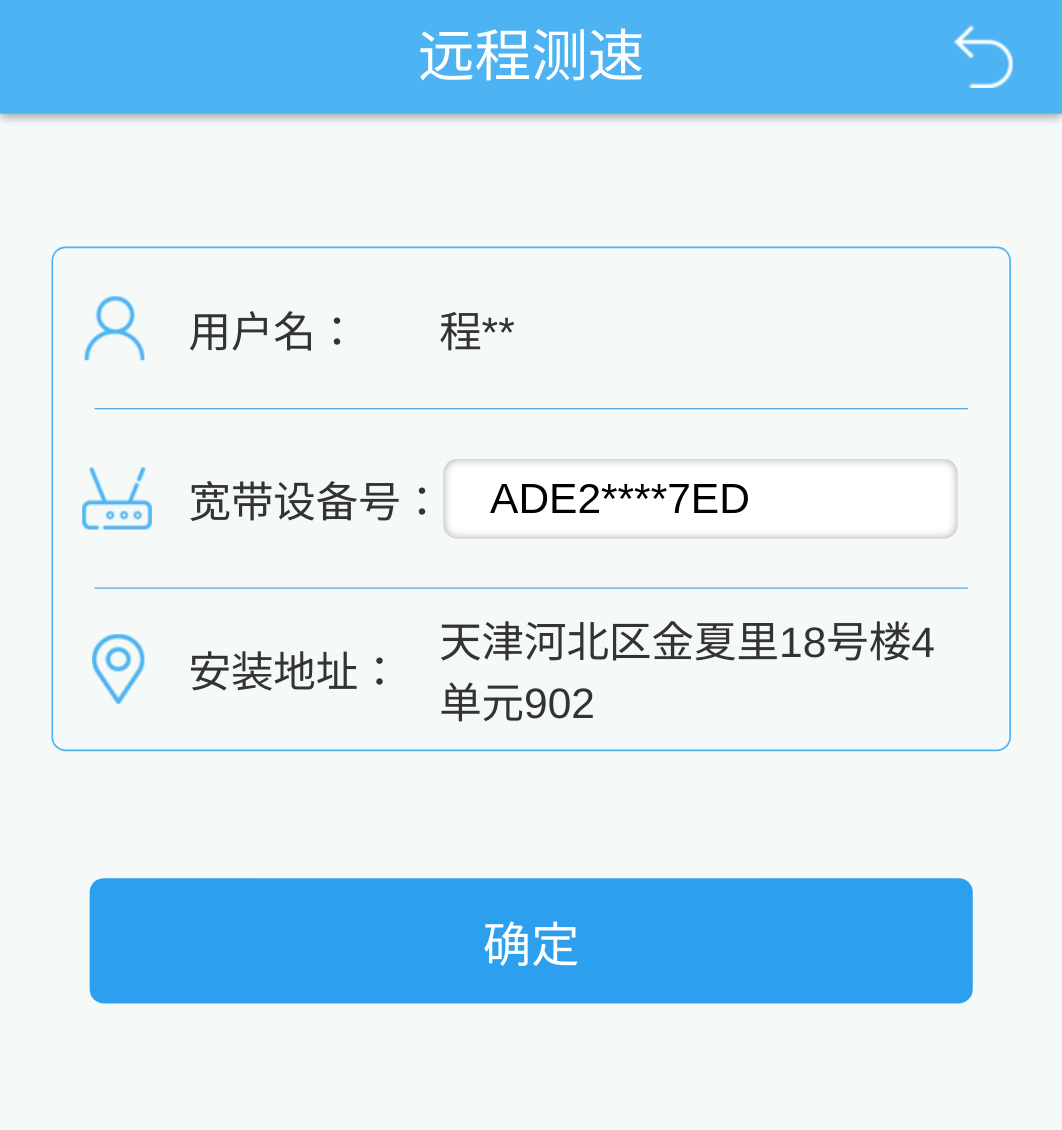
Repository: wangbiaozy/8.24
Page: index_health.html
These files come from the project's save history. The page is drawn as it stood at one moment and after the next save; the edit follows.
The browser window is 1280 px wide. The pictures show the whole page, at 83% of full size.

Above is the page before, as saved 2018-08-23 20:03:29.

### index_health.html
<!DOCTYPE html>
<html lang="en">
<head>
    <meta charset="UTF-8">
    <meta name="viewport"
          content="width=device-width, user-scalable=no, initial-scale=1.0, maximum-scale=1.0, minimum-scale=1.0">
    <title>Title</title>
    <link rel="stylesheet" href="css/reset.min.css">
    <link rel="stylesheet/less" href="css/styles_test.less">
    <script src="js/less-1.7.0.min.js"></script>
</head>
<body>
    <header>
        <p>远程测速</p>
        <a class="back" href="javascript:void(0)"></a>
    </header>
    <section class="main">
        <ul>
            <li>
                <i></i>
                <p>用户名：</p>
                <p>程**</p>
            </li>
            <li>
                <i></i>
                <p>宽带设备号：</p>
                <select name="" id="">
                    <option value="">ADE2****7ED</option>
                </select>
            </li>
            <li>
                <i></i>
                <p>安装地址：</p>
                <p>天津河北区金夏里18号楼4单元902</p>
            </li>
        </ul>
        <a href="./index_test1.html">确定</a>
    </section>
</body>
</html>
<script src="js/jquery-1.10.1.min.js"></script>
<script src="js/index.js"></script>

### css/reset.min.css
@charset "utf-8";
/*默认样式清除和初始化*/
body,h1,h2,h3,h4,h5,h6,hr,p,blockquote,dl,dt,dd,ul,ol,li,button,input,textarea,th,td{margin:0;padding:0}body{font-size:12px;font-style:normal;font-family:"\5FAE\8F6F\96C5\9ED1",Helvetica,sans-serif}small{font-size:12px}h1{font-size:18px}h2{font-size:16px}h3{font-size:14px}h4,h5,h6{font-size:100%}ul,ol{list-style:none}a{text-decoration:none;background-color:transparent}a:hover,a:active{outline-width:0;text-decoration:none}table{border-collapse:collapse;border-spacing:0}hr{border:0;height:1px}img{border-style:none}img:not([src]){display:none}svg:not(:root){overflow:hidden}html{-webkit-touch-callout:none;-webkit-text-size-adjust:100%}input,textarea,button,a{-webkit-tap-highlight-color:rgba(0,0,0,0)}article,aside,details,figcaption,figure,footer,header,main,menu,nav,section,summary{display:block}audio,canvas,progress,video{display:inline-block}audio:not([controls]),video:not([controls]){display:none;height:0}progress{vertical-align:baseline}mark{background-color:#ff0;color:#000}sub,sup{position:relative;font-size:75%;line-height:0;vertical-align:baseline}sub{bottom:-0.25em}sup{top:-0.5em}button,input,select,textarea{font-size:100%;outline:0}button,input{overflow:visible}button,select{text-transform:none}textarea{overflow:auto}button,html [type="button"],[type="reset"],[type="submit"]{-webkit-appearance:button}button::-moz-focus-inner,[type="button"]::-moz-focus-inner,[type="reset"]::-moz-focus-inner,[type="submit"]::-moz-focus-inner{border-style:none;padding:0}button:-moz-focusring,[type="button"]:-moz-focusring,[type="reset"]:-moz-focusring,[type="submit"]:-moz-focusring{outline:1px dotted ButtonText}[type="checkbox"],[type="radio"]{box-sizing:border-box;padding:0}[type="number"]::-webkit-inner-spin-button,[type="number"]::-webkit-outer-spin-button{height:auto}[type="search"]{-webkit-appearance:textfield;outline-offset:-2px}[type="search"]::-webkit-search-cancel-button,[type="search"]::-webkit-search-decoration{-webkit-appearance:none}::-webkit-input-placeholder{color:inherit;opacity:.54}::-webkit-file-upload-button{-webkit-appearance:button;font:inherit}.clear:after{display:block;height:0;content:"";clear:both}
*{ -webkit-tap-highlight-color: rgba(0,0,0,0);-webkit-tap-highlight-color: transparent; /* For some Androids */ }

### js/index.js
(function (doc, win) {
    var docEl = doc.documentElement,
        resizeEvt = 'orientationchange' in window ? 'orientationchange' : 'resize',
        recalc = function () {
            var clientWidth = docEl.clientWidth;
            if (!clientWidth) return;
            docEl.style.fontSize = 100 * (clientWidth / 750) + 'px';
        };
    if (!doc.addEventListener) return;
    win.addEventListener(resizeEvt, recalc, false);
    doc.addEventListener('DOMContentLoaded', recalc, false);
})(document, window);
$(function () {

    //首页一键体检
    $('#beforeBtn').on('click',function(){
        $('.before').hide();
        $('.check').show();
        $('.progress').circleProgress({
            value: 1,
            size: 115,
            startAngle: Math.PI/2,
            thickness: 14,
            animation: {duration:12000},//进度条完成时间（ms）
            fill: {
                gradient: ["#32edfd"]
            },
            //circle-animation-start：	function(event)-event - jQ事件
            //circle-animation-progress：	function(event, animationProgress, stepValue)：-event - jQ事件 animationProgress - 从0.0到1.0stepValue - 当前的步长值，从0.0到value
            //circle-animation-end:	function(event)：-event - jQ事件
        }).on('circle-animation-progress', function (event, progress, stepValue) {
                $(this).find('span').html(parseInt(stepValue.toFixed(2) * 100));
        }).on('circle-animation-end',function(){
            $('.message').removeClass('move');
            stop();
            $('.check').hide();
            $('.result').show();
        });
        start();
        messageMove();
    });

    //远程测速
    (function () {
        try {
            $('.progress_1').circleProgress({
                value: 1,
                size: 150,
                startAngle: Math.PI / 2,
                thickness: 14,
                animation: { duration: 24000 },//进度条完成时间（ms）
                fill: {
                    gradient: ["#32edfd"]
                },
            }).on('circle-animation-progress', function (event, progress, stepValue) {
                $(this).find('span').html(parseInt(stepValue.toFixed(2) * 100));
            }).on('circle-animation-end', function () {
                stop();
                $('.result_1').show();
                /* if(success){
                    $('.result_1').show();
                }else{
                    $('.result_2').show();
                } */
            });
            start();
        } catch{ }
    })();

    //优化按钮显示优化弹窗
    $('#showOptimizeTcBtn').on('click',function(){
        $('.tc_optimize').show();
    });


    //检查项滚动
    var messageInnerText = '1111';
    function messageScroll(){
        $('.message').children('li:first-child').remove();
        $('.message').append('<li>'+messageInnerText+'</li>');
        if(!$('.message').hasClass('move')){
            window.clearInterval(timer);
        }
    }
    function messageMove(){
        timer = window.setInterval(messageScroll,500);
    }


    //检测时间
    var hour,minute,second;
    hour=minute=second=0;
    var millisecond=0;
    var int;
    function start(){
        int=setInterval(times,50);
    }
    function times(){
        millisecond=millisecond+50;
        if(millisecond>=1000){
            millisecond=0;
            second=second+1;
        }
        if(second>=60){
            second=0;
            minute=minute+1;
        }

        if(minute>=60){
            minute=0;
            hour=hour+1;
        }
      $('#timeText').text((hour<10?"0"+hour:hour)+':'+(minute<10?"0"+minute:minute)+':'+(second<10?"0"+second:second));
    }
    function stop(){
        window.clearInterval(int);
    }


    //查看详细清单下拉
    $('.arrow').on('click',function(){
        var $this = $(this),
            $listBox = $(this).siblings('div');
        $listBox.slideToggle("normal",function(){
            if($listBox.css('display') === 'block'){
                $this.addClass('act');
                $this.siblings('p').css('opacity','0');
            }else{
                $this.removeClass('act');
                $this.siblings('p').css('opacity','1');
            }
        });
    });



    //网关重启 WIFI开关 LED指示灯开关 查看黑名单
    $('#controlBox').on('click','a',function(){
        var $this = $(this);
        if($this.hasClass('off')){
            $this.removeClass('off');
        }else{
            $this.addClass('off');
        }
    });

    $('#look_blacklist').on('click',function(){
        $('.blacklistModel').show();
    });

    //返回
    $('.back').on('click',function(){
        window.history.go(-1);
    });
    //关闭弹窗
    $('.close').on('click',function(){
        $(this).parent().hide();
        hideMask();
    });
    //显示遮罩层
    function showMask(){
        $("#mask").css("height",$(document).height());
        $("#mask").css("width",$(document).width());
        $("#mask").show();
        $('body').css('position','fixed');
    }
    //隐藏遮罩层
    function hideMask(){
        $("#mask").hide();
        $('body').css('position','unset');
    }
});

Loaded but not shown: js/less-1.7.0.min.js (library); js/jquery-1.10.1.min.js (library)

After the next save:
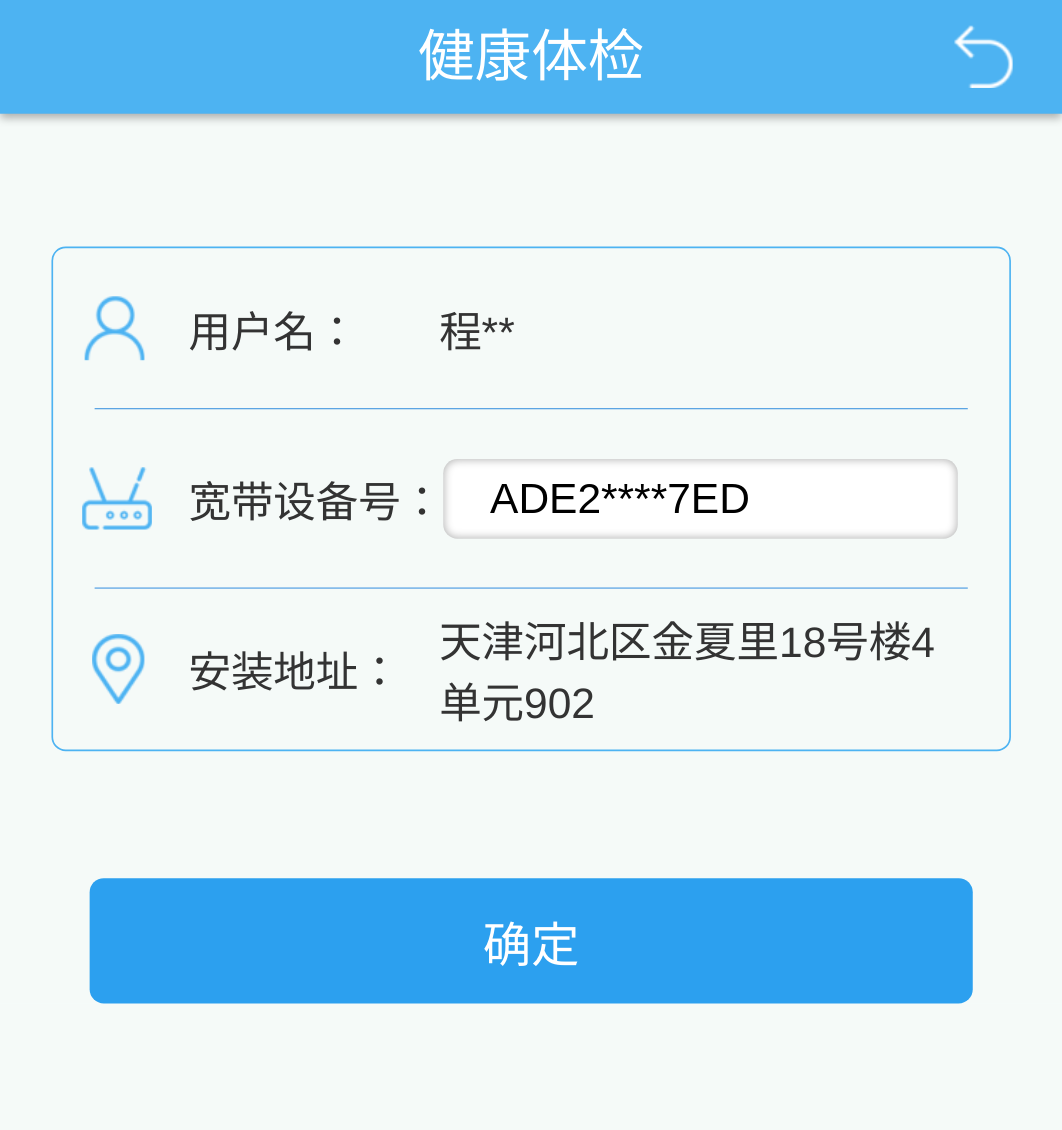
Saved 11 s later.
--- a/index_health.html
+++ b/index_health.html
@@ -11,7 +11,7 @@
 </head>
 <body>
     <header>
-        <p>远程测速</p>
+        <p>健康体检</p>
         <a class="back" href="javascript:void(0)"></a>
     </header>
     <section class="main">
